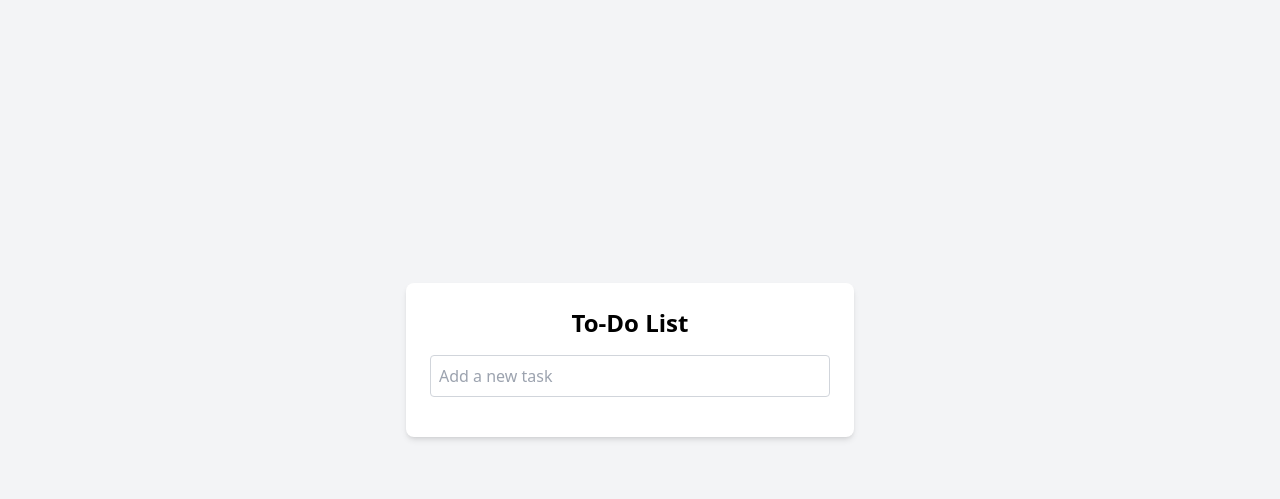
Repository: Meenakshi-commits/Day2_DOM_ToDo
Page: index.html
The author's editor kept a copy of each file at every save. The page is drawn from the files as they stood at one save, then again after a run of saves.
The browser window is 1280 px wide. The pictures show the whole page.
Some web libraries are served in a nearby version.

Above is the page before, as saved 2025-10-08 12:57:40.

After the next 2 saves:
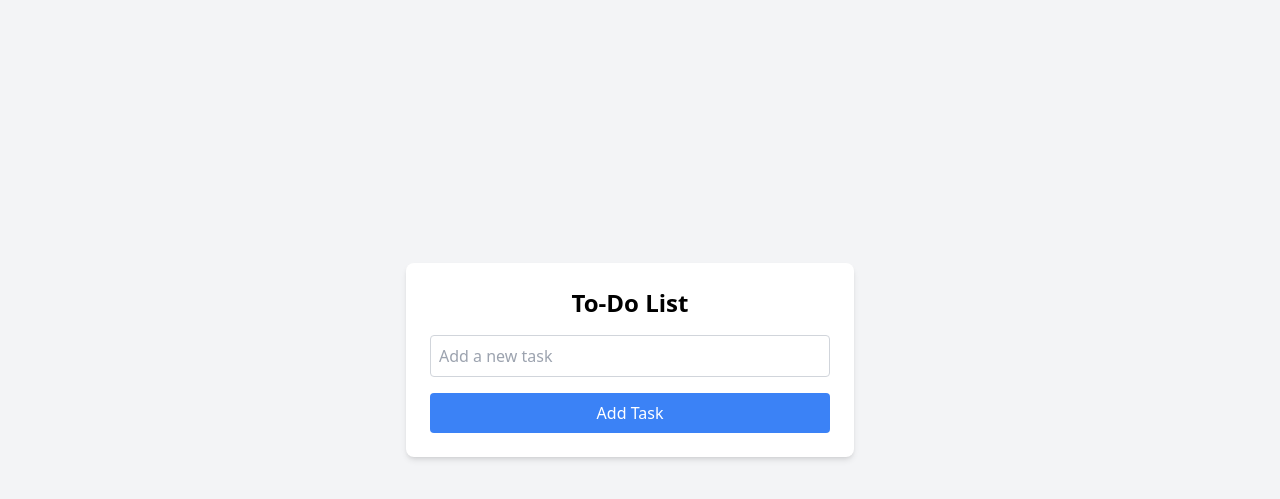
The 2 saves are shown as one change because they came seconds apart.
The last was saved 6 s later.
--- a/index.html
+++ b/index.html
@@ -10,6 +10,7 @@
         <div class="bg-white shadow-md rounded-lg p-6 w-full max-w-md">
             <h1 class="text-2xl font-bold mb-4 text-center">To-Do List</h1>
             <input type="text" id="todo-input" placeholder="Add a new task" class="w-full p-2 border border-gray-300 rounded mb-4 focus:outline-none focus:ring-2 focus:ring-blue-500">
+            <button id="add-todo" class="w-full bg-blue-500 text-white p-2 rounded hover:bg-blue-600 focus:outline-none focus:ring-2 focus:ring-blue-500">Add Task</button>
             </div>
             <ul id="todo-list" class="list-disc pl-5"></ul>
         </body>
